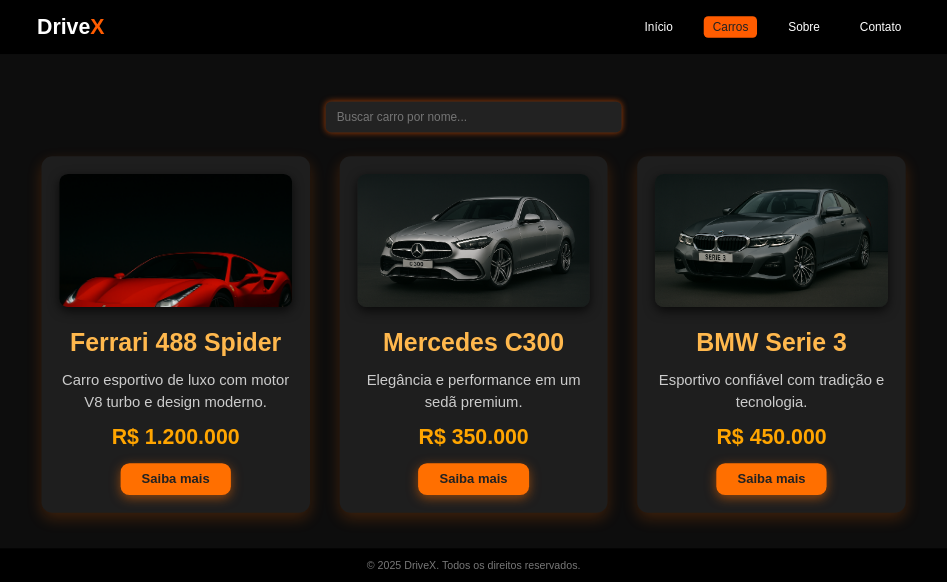
Repository: Mateushlp/DriveX
Page: carros.html
An editor plug-in stored every save of this project. The page is shown before and after the next save, followed by the edit.
The browser window is 1280 px wide. The pictures show the whole page, at 74% of full size.

Above is the page before, as saved 2025-06-23 22:38:36.

After the next save:
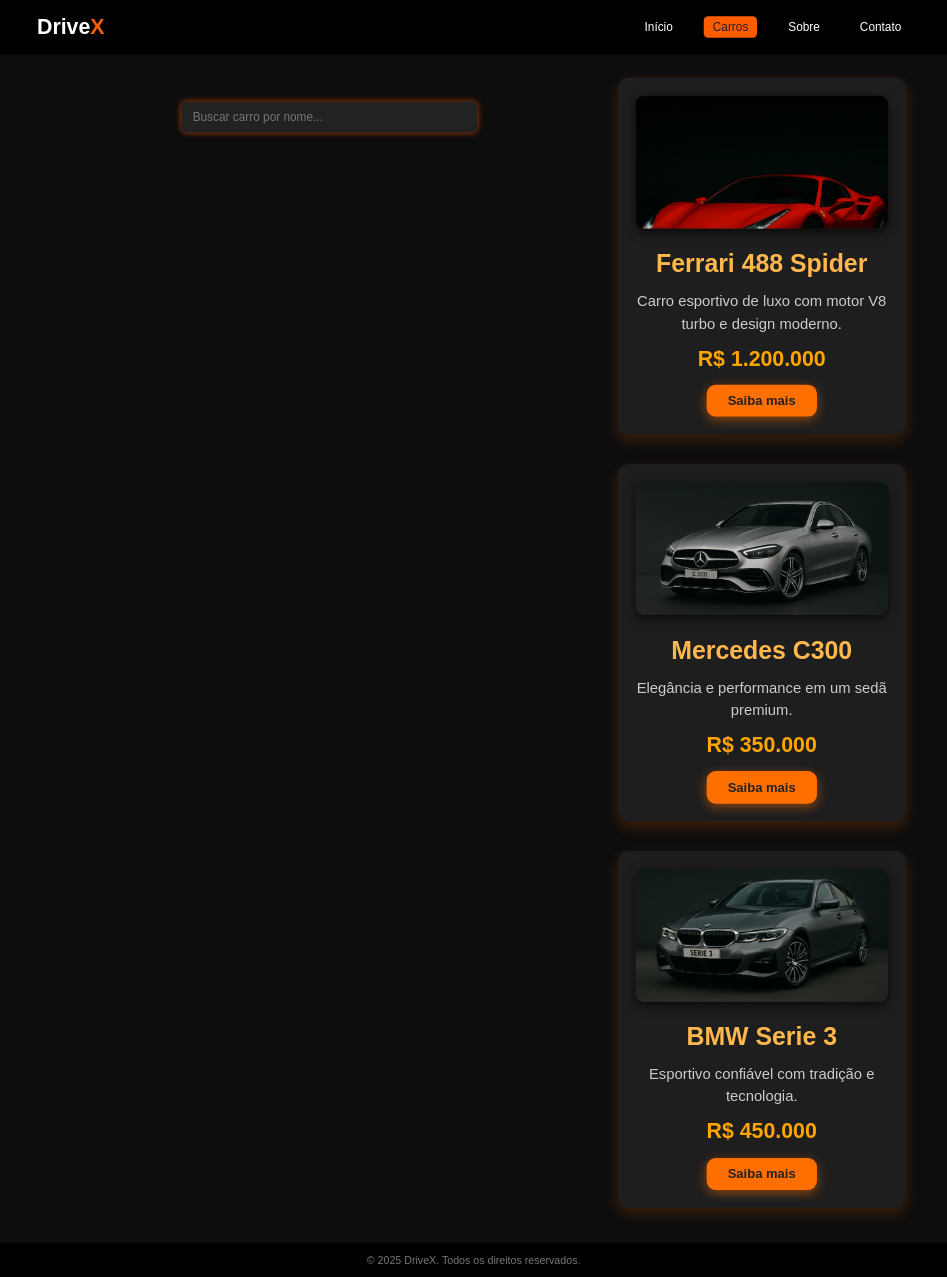
Saved 5 s later.
--- a/carros.css
+++ b/carros.css
@@ -56,7 +56,7 @@
 /* MAIN */
 main {
   display: grid;
-    grid-template-columns: 2fr;
+    grid-template-columns: 2fr 1fr;
   padding: 2rem 1rem 3rem;
   max-width: 1200px;
   margin: 0 auto;

After the 2 saves that followed:
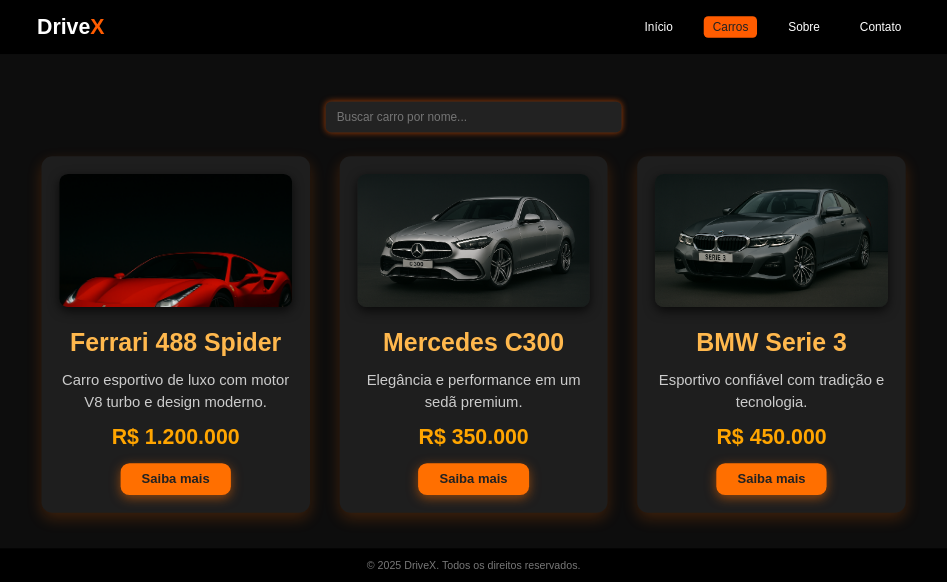
The 2 saves are shown as one change because they came seconds apart.
The last was saved 5 s later.
--- a/carros.css
+++ b/carros.css
@@ -56,7 +56,7 @@
 /* MAIN */
 main {
   display: grid;
-    grid-template-columns: 2fr 1fr;
+    grid-template-columns: 2fr;
   padding: 2rem 1rem 3rem;
   max-width: 1200px;
   margin: 0 auto;
